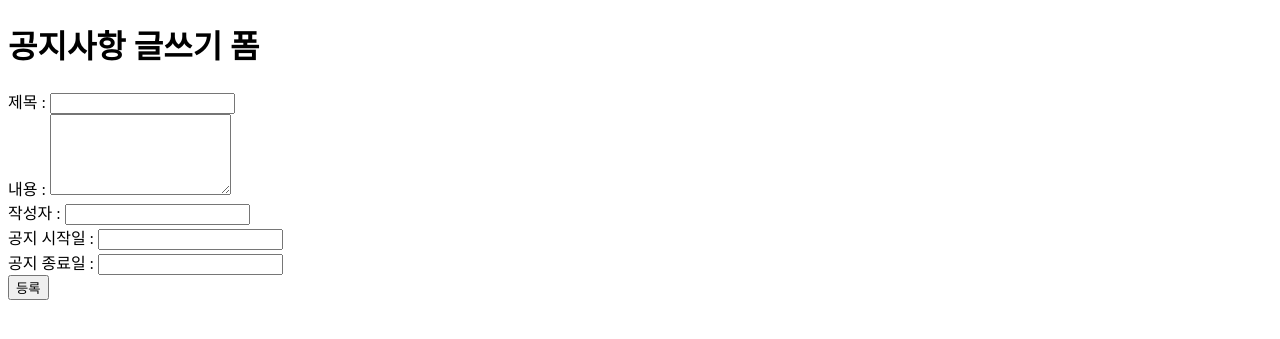
Repository: nsj2204/spring2
Page: http://localhost/ex01/notice/write.do
These files come from the project's save history. The page is drawn as it stood at one moment and after the next save; the edit follows.
The browser window is 1280 px wide. The pictures show the whole page.
The page is served by Tomcat 9. Other server files are loaded and not shown.

Above is the page before, as saved 2023-04-06 02:39:42.

### ex01/src/main/webapp/WEB-INF/views/notice/write.jsp
<%@ page language="java" contentType="text/html; charset=UTF-8"
    pageEncoding="UTF-8"%>
<!DOCTYPE html>
<html>
<head>
<meta charset="UTF-8">
<title>Insert title here</title>
</head>
<body>
<h1>공지사항 글쓰기 폼</h1>
<form action="write.do" method="post">
제목 : <input name="title"><br/>
내용 : <textarea rows="5" cols="content"></textarea><br/>
작성자 : <input name="startDate"><br/>
공지 시작일 : <input name="endDate"><br/>
공지 종료일 : <input><br/>
<button>등록</button>
</form>
</body>
</html>

After the next save:
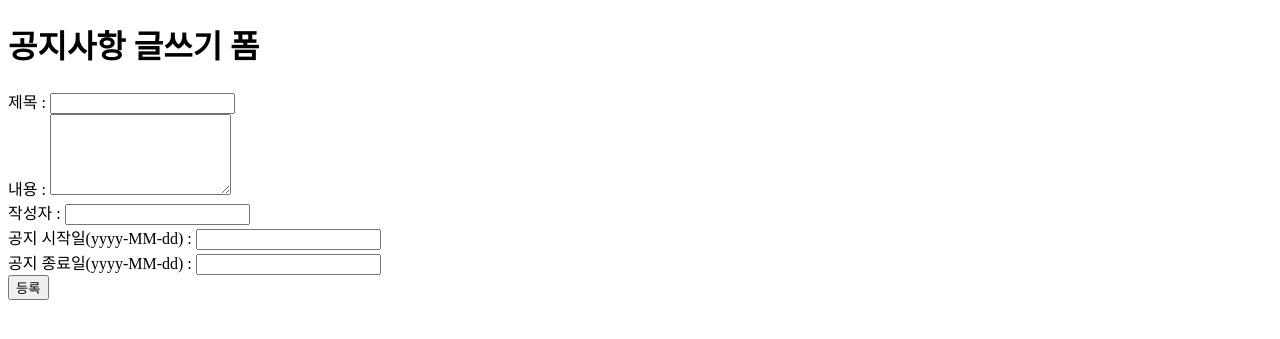
Saved 61 s later.
--- a/ex01/src/main/webapp/WEB-INF/views/notice/write.jsp
+++ b/ex01/src/main/webapp/WEB-INF/views/notice/write.jsp
@@ -12,8 +12,8 @@
 제목 : <input name="title"><br/>
 내용 : <textarea rows="5" cols="content"></textarea><br/>
 작성자 : <input name="startDate"><br/>
-공지 시작일 : <input name="endDate"><br/>
-공지 종료일 : <input><br/>
+공지 시작일(yyyy-MM-dd) : <input name="endDate"><br/>
+공지 종료일(yyyy-MM-dd) : <input><br/>
 <button>등록</button>
 </form>
 </body>
